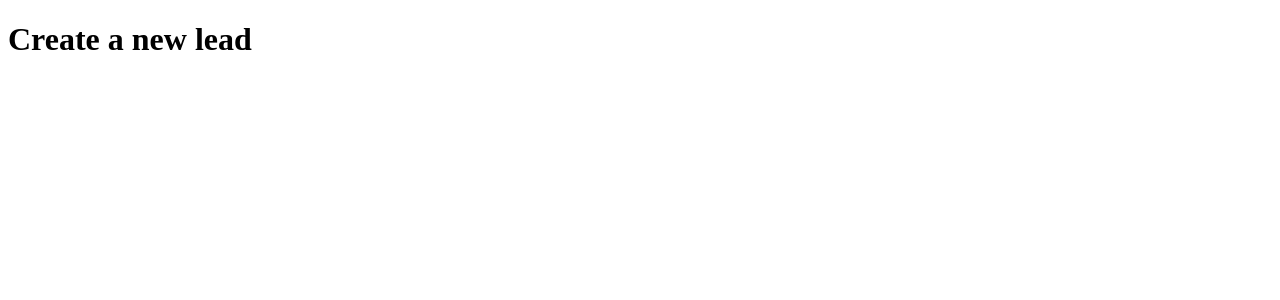
Repository: guidogr95/Django-CRM
Page: http://localhost/leads/create/
These files come from the project's save history. The page is drawn as it stood at one moment and after the next save; the edit follows.
The browser window is 1280 px wide. The pictures show the whole page.
The page is served by the project's application, run on Django 3.2 (manage.py). Other server files are loaded and not shown.

Above is the page before, as saved 2021-06-27 13:21:04.

### leads/templates/leads/lead_create.html
<!DOCTYPE html>
<html>
  <head>
    <meta charset="utf-8">
    <meta http-equiv="X-UA-Compatible" content="IE=edge">
    <title></title>
    <meta name="description" content="">
    <meta name="viewport" content="width=device-width, initial-scale=1">
  </head>
  <body>
    <h1>Create a new lead</h1>
  </body>
</html>

### leads/forms.py
from django import forms

class LeadForm(forms.Form):
  first_name = forms.CharField()
  last_name = forms.CharField()
  age = forms.IntegerField(min_value=0)

### leads/views.py
from django.shortcuts import render
from django.http import HttpResponse
from .models import Lead
from .forms import LeadForm

def lead_list(request):
  leads = Lead.objects.all()
  context = {
    'leads': leads
  }
  return render(request, "leads/lead_list.html", context)

def lead_detail(request, pk):
  lead = Lead.objects.get(id=pk)
  context = {
    'lead': lead
  }
  return render(request, "leads/lead_detail.html", context)

def lead_create(request):
  context = {
    'form': LeadForm()
  }
  return render(request, "leads/lead_create.html", context)

### djcrm/urls.py
from django.contrib import admin
from django.urls import path, include

urlpatterns = [
    path('admin/', admin.site.urls),
    # Add custom paths
    path('leads/', include('leads.urls', namespace="leads"))
]

### leads/urls.py
from django.urls import path
from .views import lead_list, lead_detail, lead_create

app_name = "leads"

urlpatterns = [
    path('', lead_list),
    path('create/', lead_create),
    path('<int:pk>/', lead_detail)
]

After the next save:
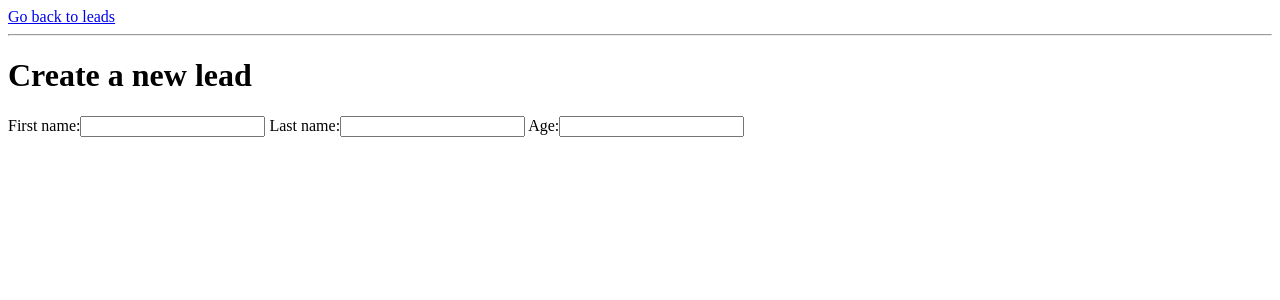
Saved 25 s later.
--- a/leads/templates/leads/lead_create.html
+++ b/leads/templates/leads/lead_create.html
@@ -8,6 +8,9 @@
     <meta name="viewport" content="width=device-width, initial-scale=1">
   </head>
   <body>
+    <a href="/leads">Go back to leads</a>
+    <hr/>
     <h1>Create a new lead</h1>
+    {{ form }}
   </body>
 </html>
